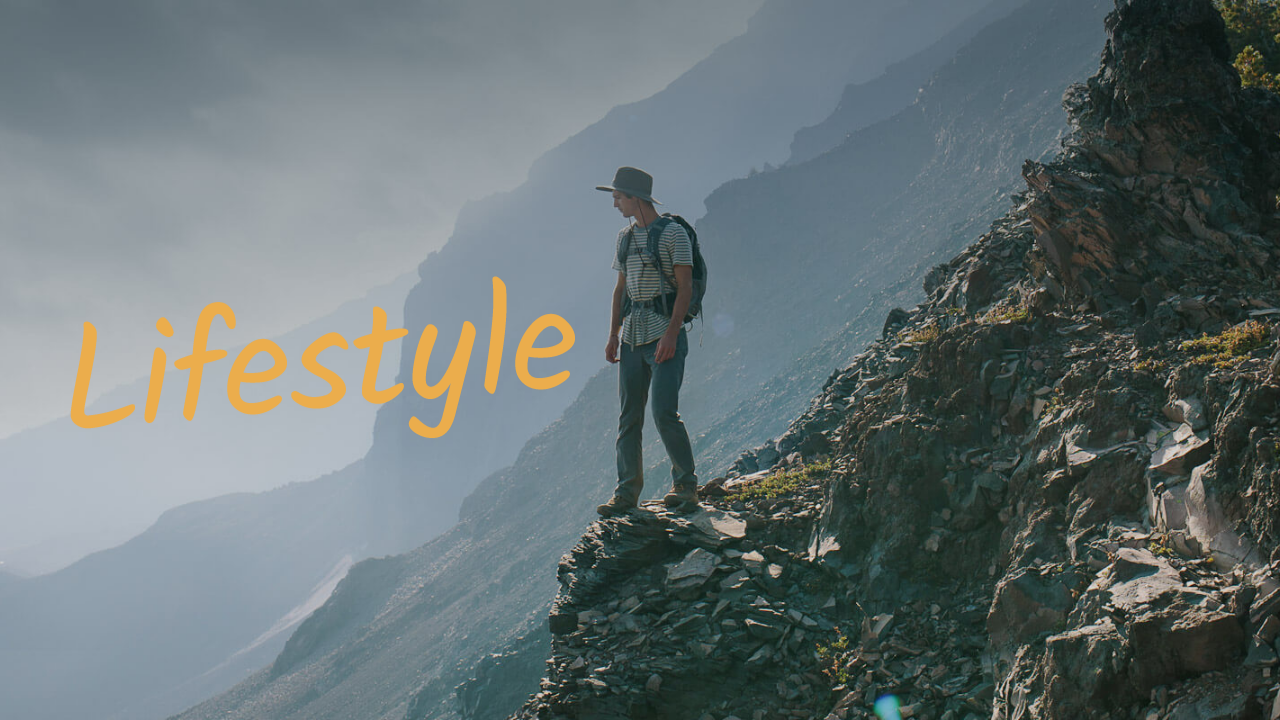
Repository: MalgorzataMazur/BeLife
Page: index.html
An editor plug-in stored every save of this project. The page is shown before and after the next save, followed by the edit.
The browser window is 1280 px wide. The pictures show the whole page.

Above is the page before, as saved 2019-10-29 19:40:49.

### index.html
<!DOCTYPE html>
<html lang="en-US">
<head>
    <link rel="stylesheet" href="vendors/css/normalize.css">
    <link rel="stylesheet" href="vendors/css/grid.css">
    <link rel="stylesheet" type="text/css" href="resources/css/style.css">
    <link href="https://fonts.googleapis.com/css?family=Lora:400,400i,700,700i&display=swap" rel="stylesheet">
    <title>BeLifestyle</title>
    <meta charset="UTF-8">
    <meta name="viewport" content="width=device-width, initial-scale=1.0">
    <meta http-equiv="X-UA-Compatible" content="ie=edge">
    <title>Document</title>
</head>
<body>
    <header>
        <div class="hero-logo-box">
            <h1><img src="resources/css/img/home_lifestyle_slogan.png"></h1>
        </div>

    </header>



</body>
</html>

### resources/css/style.css
* {
    margin: 0;
    padding: 0;
    box-sizing: border-box;
}

html {
    color: #9d9fa0;
    font-family: "Lora", Arial, Tahoma, sans-serif;
    font-weight: 400;
    font-size: 13px;
    text-rendering: optimizeLegibility;
}

.row {
    max-width: 1140px;
    margin: 0 auto;
}
header {
    background-image:  url(img/home_lifestyle_blog_sectionbg1.jpg);
    background-size: cover;
    background-position: center;
    height: 100vh;
}

.hero-logo-box {
    position: absolute;
    width: 1140px;
    left: 50%;
    top: 50%;
    transform: translate(-50%,-50%);

}

h1 {
    margin: 0;
}

Loaded but not shown: vendors/css/normalize.css (library); vendors/css/grid.css (library)

After the next save:
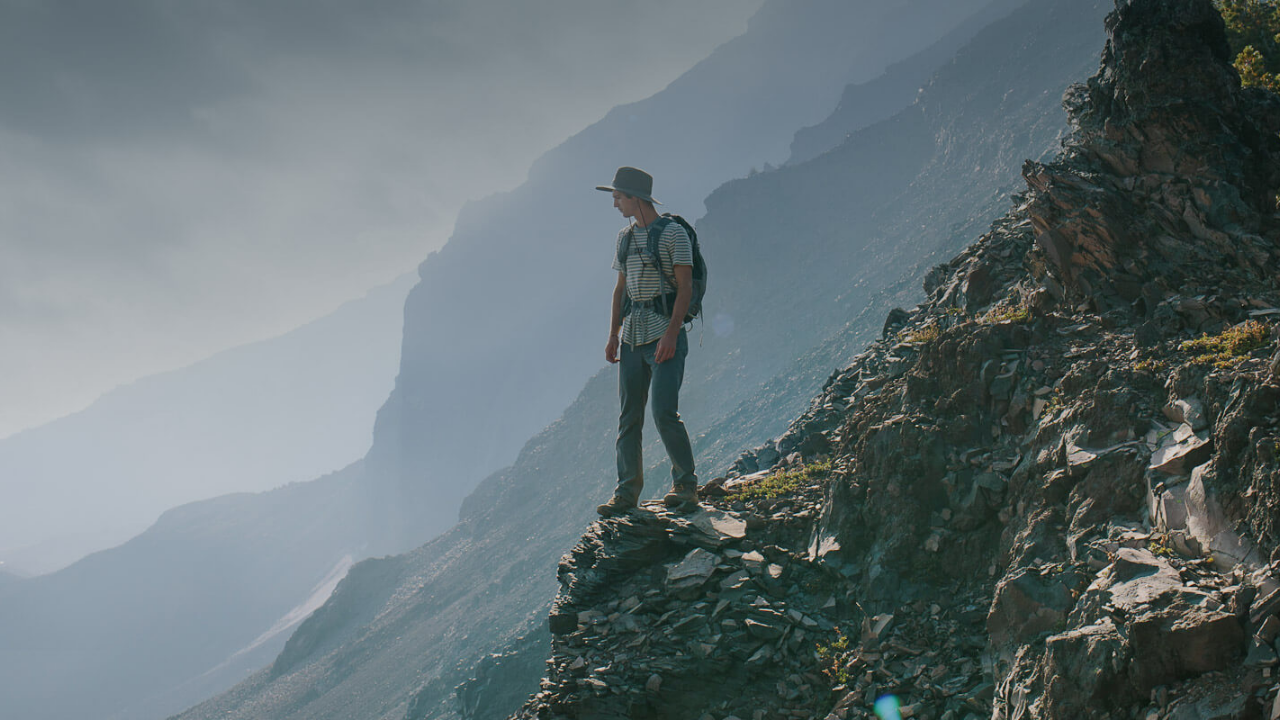
Saved 5 min 6 s later.
--- a/resources/css/style.css
+++ b/resources/css/style.css
@@ -24,7 +24,7 @@ header {
 }
 
 .hero-logo-box {
-    position: absolute;
+
     width: 1140px;
     left: 50%;
     top: 50%;
@@ -34,4 +34,5 @@ header {
 
 h1 {
     margin: 0;
+    position: absolute;
 }
